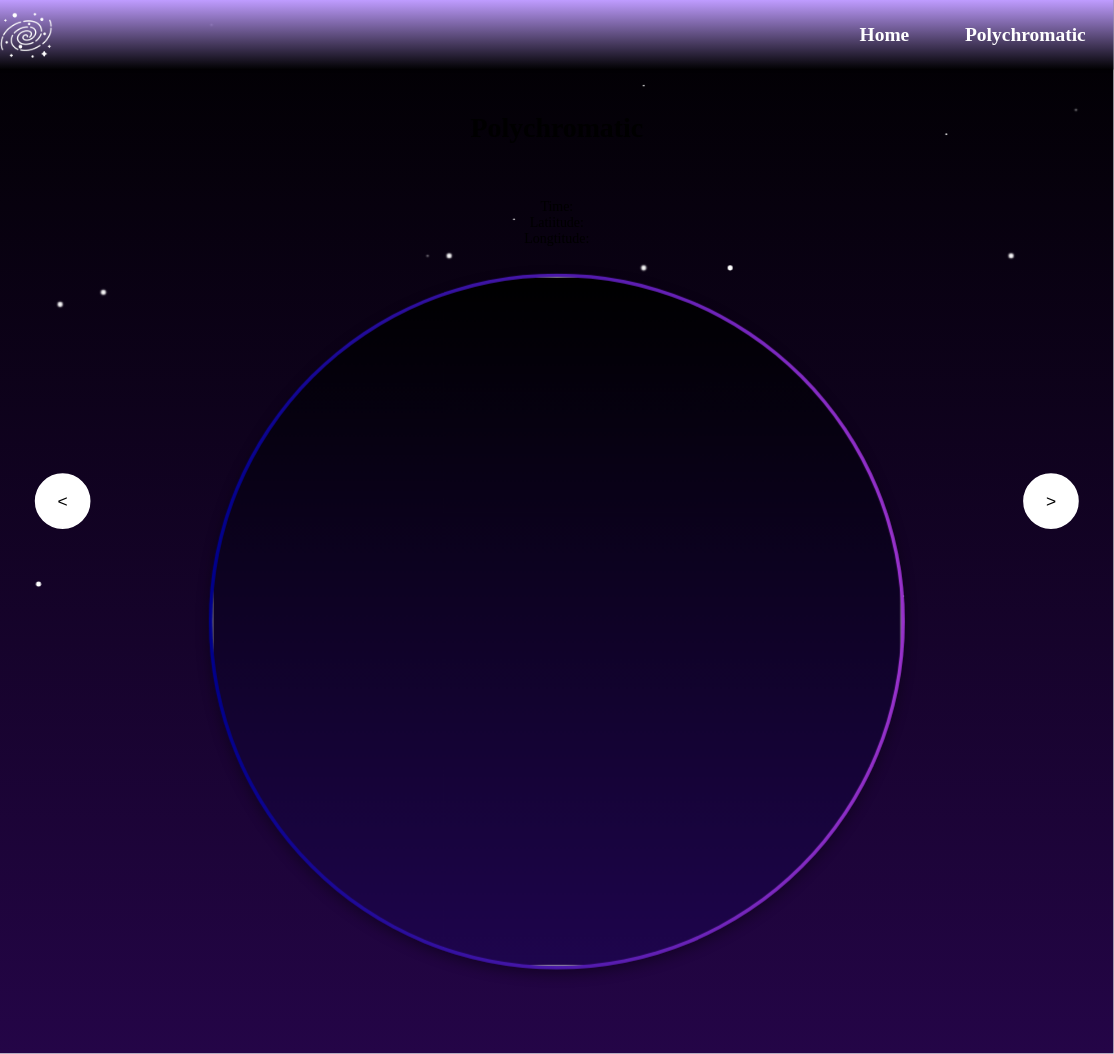
Repository: KayceeNguyen/DAI_W07_NASA
Page: /polychromatic
These files come from the project's save history. The page is drawn as it stood at one moment and after the next save; the edit follows.
The browser window is 1280 px wide. The pictures show the whole page, at 87% of full size.
The page's requests for data from a server got no answer. The project was rebuilt for these pictures with package versions that can differ from the ones it lists, and the page was loaded fresh each time. The framework's server and built-in components were replaced by stand-ins that run in the browser. No one was signed in, and anything a server would have sent is missing. Also part of the build but not shown: next.config.js.

Above is the page before, as saved 2023-02-17 01:47:05.

### pages/polychromatic.js
import { useEffect, useState } from "react"
import axios from "axios";
import Image from "next/image";
import styles from '@/styles/Home.module.css'
import HeaderBar from '@/comps/header'
import Galaxy from '@/comps/galaxy'
import Head from 'next/head'

export default function Polychromatic() {

    const [image, setImage] = useState([]);
    const [images, setImages] = useState([]);
    const [time, setTime] = useState([]);
    const [date, setDate] = useState('');
    const [coords, setCoords] = useState({})

    const [active, setActive] = useState(false);

    const [currentIndex, setCurrentIndex] = useState(0);

    const apiKey = "qO706hvtrjKPLwTwuCZ9XYxHnUPvhtQHSM6Ncmu8";
    const url = `https://epic.gsfc.nasa.gov/api/natural?api_key=${apiKey}`

    const getPolychromaticData = async () => {
        const res = await axios.get(url);
        const data = await res.data;
        console.log(data)

        const caption = data[currentIndex].caption;
        const date = data[currentIndex].date.split(" ")[0];


        const date_formatted = date.replaceAll("-","/")
        console.log(date_formatted);

        let times = [];
        let images = [];

    for (let i = 0; i < data.length; i++) {
    let time = data[i].date.split(" ")[1];
    let coords = data[i].centroid_coordinates;
    let imagePath = data[i].image;
    let image = `https://epic.gsfc.nasa.gov/archive/natural/${date_formatted}/png/${imagePath}.png`;

    times.push(time);

    images.push({
        image: image,
        time: time,
        coords: coords,
        caption: caption
    });
}

    setImages(images);
    setTime(times[0]);
    setCoords([images[0].coords.lat, images[0].coords.lon]);
    setImage(images[currentIndex]);

}

    useEffect(() => {
        getPolychromaticData();
    }, [currentIndex]);

    const nextImage = () => {
        setCurrentIndex((currentIndex + 1) % images.length);
    };

    const prevImage = () => {
        setCurrentIndex(
          currentIndex === 0 ? images.length - 1 : currentIndex - 1
        );
    };

    const handleImageLoad = () => {
        setActive(true);
      }

    return(
        <>

        <Head>
          <title>NASA TechPort & EPIC API</title>
          <meta name="description" content="The website showcases NASA's technologies using the TechPort and PIC API and offers daily full disc imagery of the Earth and unique astronomical events. Users can discover the technologies NASA is developing in propulsion, nanotechnology, robotics, and human health while enjoying stunning images of the universe." />
          <meta name="viewport" content="width=device-width, initial-scale=1" />
          <link rel="icon" href="/galaxy.png" />
        </Head>

            <HeaderBar />

            <Galaxy />



            <main className={styles.main}>
                <h1>Polychromatic</h1>

                    <div className={styles.arrowContainer}>
                        <button className={styles.arrow} onClick={prevImage}>
                            &lt;
                        </button>
                        <button className={styles.arrow} onClick={nextImage}>
                            &gt;
                        </button>
                    </div>
                    <div className={styles.bigEarthContainer}>
                        <div className={styles.bigEarthText}>
                            <div>Time: {image.time}</div>
                            <div>Latiitude: {coords[0]}</div>
                            <div>Longtitude: {coords[1]}</div>
                        </div>

                        <Image
                            src={image.image}
                            alt={image.caption}
                            width={800}
                            height={800}
                            className={`${styles.earthImage} ${active ? styles.active : ''}`}
                            onLoad={handleImageLoad}

                        />

                        {/* <div onClick={nextImage} className={styles.arrow}>
                            {">"}
                        </div> */}
                    </div>






                {/* <table>
                    <thead>
                        <tr>
                            <th>Time</th>
                            <th>Latitude</th>
                            <th>Longtitude</th>
                            <th>Image</th>
                            <th></th>
                        </tr>
                    </thead>

                    <tbody>
                        {
                            images.map((e, i) => {
                                return (
                                    <tr key={i}>
                                        <td>{e.time}</td>
                                        <td>{e.coords.lat}</td>
                                        <td>{e.coords.lon}</td>
                                        <td>
                                            <Image
                                                src={e.image}
                                                alt={i}
                                                width={200}
                                                height={200}
                                            />
                                        </td>

                                        <td>
                                            <button onClick={() => {
                                                setImage(e.image)
                                                setTime(e.time)
                                                setCoords([e.coords.lat, e.coords.lon])
                                                console.log(image[i].image)
                                                document.body.scrollIntoView();

                                            }}>View</button>
                                        </td>
                                    </tr>
                                )
                            })
                        }
                    </tbody>
                </table> */}
            </main>
        </>
    )
}

### styles/Home.module.css
.main {
  display: flex;
  flex-direction: column;
  justify-content: space-between;
  align-items: center;
  padding: 6rem;
  min-height: 100vh;
  background: linear-gradient(180deg, rgb(0, 0, 0) 0%, rgb(36, 5, 71) 100%);
  animation: Gradient 10s ease infinite; /* Animate the gradient */
  -webkit-animation: Gradient 8s ease infinite;
	-moz-animation: Gradient 8s ease infinite;
}

@-webkit-keyframes Gradient {
  0%{background-position:0% 50%}
  50%{background-position:100% 50%}
  100%{background-position:0% 50%}
}
@-moz-keyframes Gradient {
  0%{background-position:0% 50%}
  50%{background-position:100% 50%}
  100%{background-position:0% 50%}
}
@keyframes Gradient {
  0%{background-position:0% 50%}
  50%{background-position:100% 50%}
  100%{background-position:0% 50%}
}

.description {
  display: inherit;
  justify-content: inherit;
  align-items: inherit;
  font-size: 0.85rem;
  max-width: var(--max-width);
  width: 100%;
  z-index: 2;
  font-family: var(--font-mono);
}

.description a {
  display: flex;
  justify-content: center;
  align-items: center;
  gap: 0.5rem;
}

.description p {
  position: relative;
  margin: 0;
  padding: 1rem;
  background-color: rgba(var(--callout-rgb), 0.5);
  border: 1px solid rgba(var(--callout-border-rgb), 0.3);
  border-radius: var(--border-radius);
}

.code {
  font-weight: 700;
  font-family: var(--font-mono);
}

.grid {
  display: grid;
  grid-template-columns: repeat(4, minmax(25%, auto));
  width: var(--max-width);
  max-width: 100%;
}

.card {
  padding: 1rem 1.2rem;
  border-radius: var(--border-radius);
  background: rgba(var(--card-rgb), 0);
  border: 1px solid rgba(var(--card-border-rgb), 0);
  transition: background 200ms, border 200ms;
}

.card span {
  display: inline-block;
  transition: transform 200ms;
}

.card h2 {
  font-weight: 600;
  margin-bottom: 0.7rem;
}

.card p {
  margin: 0;
  opacity: 0.6;
  font-size: 0.9rem;
  line-height: 1.5;
  max-width: 30ch;
}

.center {
  display: flex;
  justify-content: center;
  align-items: center;
  position: relative;
  padding: 4rem 0;
}

.center::before {
  background: var(--secondary-glow);
  border-radius: 50%;
  width: 480px;
  height: 360px;
  margin-left: -400px;
}

.center::after {
  background: var(--primary-glow);
  width: 240px;
  height: 180px;
  z-index: -1;
}

.center::before,
.center::after {
  content: '';
  left: 50%;
  position: absolute;
  filter: blur(45px);
  transform: translateZ(0);
}

.logo,
.thirteen {
  position: relative;
}

.thirteen {
  display: flex;
  justify-content: center;
  align-items: center;
  width: 75px;
  height: 75px;
  padding: 25px 10px;
  margin-left: 16px;
  transform: translateZ(0);
  border-radius: var(--border-radius);
  overflow: hidden;
  box-shadow: 0px 2px 8px -1px #0000001a;
}

.thirteen::before,
.thirteen::after {
  content: '';
  position: absolute;
  z-index: -1;
}

/* Conic Gradient Animation */
.thirteen::before {
  animation: 6s rotate linear infinite;
  width: 200%;
  height: 200%;
  background: var(--tile-border);
}

/* Inner Square */
.thirteen::after {
  inset: 0;
  padding: 1px;
  border-radius: var(--border-radius);
  background: linear-gradient(
    to bottom right,
    rgba(var(--tile-start-rgb), 1),
    rgba(var(--tile-end-rgb), 1)
  );
  background-clip: content-box;
}

/* Enable hover only on non-touch devices */
@media (hover: hover) and (pointer: fine) {
  .card:hover {
    background: rgba(var(--card-rgb), 0.1);
    border: 1px solid rgba(var(--card-border-rgb), 0.15);
  }

  .card:hover span {
    transform: translateX(4px);
  }
}

@media (prefers-reduced-motion) {
  .thirteen::before {
    animation: none;
  }

  .card:hover span {
    transform: none;
  }
}

/* Mobile */
@media (max-width: 700px) {
  .content {
    padding: 4rem;
  }

  .grid {
    grid-template-columns: 1fr;
    margin-bottom: 120px;
    max-width: 320px;
    text-align: center;
  }

  .card {
    padding: 1rem 2.5rem;
  }

  .card h2 {
    margin-bottom: 0.5rem;
  }

  .center {
    padding: 8rem 0 6rem;
  }

  .center::before {
    transform: none;
    height: 300px;
  }

  .description {
    font-size: 0.8rem;
  }

  .description a {
    padding: 1rem;
  }

  .description p,
  .description div {
    display: flex;
    justify-content: center;
    position: fixed;
    width: 100%;
  }

  .description p {
    align-items: center;
    inset: 0 0 auto;
    padding: 2rem 1rem 1.4rem;
    border-radius: 0;
    border: none;
    border-bottom: 1px solid rgba(var(--callout-border-rgb), 0.25);
    background: linear-gradient(
      to bottom,
      rgba(var(--background-start-rgb), 1),
      rgba(var(--callout-rgb), 0.5)
    );
    background-clip: padding-box;
    backdrop-filter: blur(24px);
  }

  .description div {
    align-items: flex-end;
    pointer-events: none;
    inset: auto 0 0;
    padding: 2rem;
    height: 200px;
    background: linear-gradient(
      to bottom,
      transparent 0%,
      rgb(var(--background-end-rgb)) 40%
    );
    z-index: 1;
  }
}

/* Tablet and Smaller Desktop */
@media (min-width: 701px) and (max-width: 1120px) {
  .grid {
    grid-template-columns: repeat(2, 50%);
  }
}

@media (prefers-color-scheme: dark) {
  .vercelLogo {
    filter: invert(1);
  }

  .logo,
  .thirteen img {
    filter: invert(1) drop-shadow(0 0 0.3rem #ffffff70);
  }
}

@keyframes rotate {
  from {
    transform: rotate(360deg);
  }
  to {
    transform: rotate(0deg);
  }
}






/**************** HEADER STYLING ****************/



.header {
  position: fixed;
  z-index: 1;
  width: 100vw;
  display: flex;
  justify-content: center;
  align-items: center;
  height: 5rem;
  background: linear-gradient(180deg, rgb(191, 156, 255) 0%, rgba(0, 0, 0, 0.5) 100%);
  box-shadow: 0 2px 4px rgba(0, 0, 0, 0.1);
}

.headerIcon {
  filter: brightness(0) invert(1);
}

.nav {
  display: flex;
  justify-content: space-between;
  align-items: center;
  width: 100%;
  max-width: 80rem;
}

.navList {
  display: flex;
  list-style: none;
  margin: 0;
  padding: 0;
}

.navItem {
  margin-right: 2rem;
  margin-left: 2em;
}

/* .navItem > a > div.navLink:active {
  text-decoration: underline;
} */

.navLink {
  font-size: 1.4rem;
  font-weight: 600;
  color: #ffffff;
  text-decoration: none;
  transition: color 0.2s;
}

.navLink:hover {
  color: #fff644;
}




/**************** MAIN STYLING ****************/




.main {
  display: flex;
  flex-direction: column;
  justify-content: center;
  align-items: center;
  justify-items: center;
}




.main > h1 {
  padding: 1em 2em 2em 2em;
}

.bigCont {
  text-align: center;
}


/**************** CAROUSEL STYLING ****************/


.carousel {
  display: flex;
  justify-content: center;
  align-items: center;
  width: 100%;
  max-width: 800px;
  margin: 0 auto;
}

.carouselArrow {
  font-size: 2rem;
  color: rgb(255, 255, 255);
  cursor: pointer;
  background-color:transparent;
  border: 2px solid rgb(255, 255, 255, 1);
  width: 50px;
  height: 50px;
  border-radius: 50%;
  display: inline-flex;
  align-items: center;
  justify-content: center;
}

.carouselArrow:hover {
  color: rgb(31, 0, 54);
  box-shadow: 0 4px 6px rgba(255, 255, 255, 0.6);
  background-color:rgba(255, 255, 255, 0.8) ;
  transition: all 0.2s ease;
}

.carouselArrow:hover:after {
  left: 0;
  width: 100%;
}

.carouselArrow:active {
  top: 20px;
}

.carouselImageContainer {
  margin: 0 2rem;
  width: 400px;
  height: 400px;
  position: relative;
}

.carouselImageContainer img {
  position: absolute;
  top: 0;
  left: 0;
  width: 100%;
  height: 100%;
  object-fit: contain;
}

.imageCont {
  position: absolute;
  top: 0;
  opacity: 0.4;
  width: 100%;
  height: 100%;
  transition: opacity 1.5s ease;
}

.imageCont.active {
  opacity: 1;
}


/* @keyframes slide {
  100% { left: 0; }
}

@keyframes slide-in {
  100% { transform: translateX(0%); }
}

@-webkit-keyframes slide-in {
  100% { -webkit-transform: translateX(0%); }
}

@keyframes slide-out {
  0% { transform: translateX(0%); }
  100% { transform: translateX(-100%); }
}

@-webkit-keyframes slide-out {
  0% { -webkit-transform: translateX(0%); }
  100% { -webkit-transform: translateX(-100%); }
} */


/**************** GALAXY BG STYLING ****************/




.galaxyCont {
  width: 100vw;
  height: 100%;
  display: flex;
  justify-content: center;
  align-items: center;
}


.galaxy {

  position: fixed;
  height: 1px;
  width: 1px;
  background-color: #fff;
  border-radius: 50%;
  box-shadow: -42vw -4vh 0px 0px #fff,25vw -41vh 0px 0px #fff,-20vw 49vh 0px 1px #fff,5vw 40vh 1px 1px #fff,29vw 19vh 1px 0px #fff,-44vw -13vh 0px 0px #fff,46vw 41vh 0px 1px #fff,-3vw -45vh 0px 1px #fff,47vw 35vh 1px 0px #fff,12vw -8vh 1px 0px #fff,-34vw 48vh 1px 1px #fff,32vw 26vh 1px 1px #fff,32vw -41vh 1px 1px #fff,0vw 37vh 1px 1px #fff,34vw -26vh 1px 0px #fff,-14vw -49vh 1px 0px #fff,-12vw 45vh 0px 1px #fff,-44vw -33vh 0px 1px #fff,-13vw 41vh 0px 0px #fff,-36vw -11vh 0px 1px #fff,-23vw -24vh 1px 0px #fff,-38vw -27vh 0px 1px #fff,16vw -19vh 0px 0px #fff,28vw 33vh 1px 0px #fff,-49vw -4vh 0px 0px #fff,16vw 32vh 0px 1px #fff,36vw -18vh 1px 0px #fff,-25vw -30vh 1px 0px #fff,-23vw 24vh 0px 1px #fff,-2vw -35vh 1px 1px #fff,-25vw 9vh 0px 0px #fff,-15vw -34vh 0px 0px #fff,-8vw -19vh 1px 0px #fff,-20vw -20vh 1px 1px #fff,42vw 50vh 0px 1px #fff,-32vw 10vh 1px 0px #fff,-23vw -17vh 0px 0px #fff,44vw 15vh 1px 0px #fff,-40vw 33vh 1px 1px #fff,-43vw 8vh 0px 0px #fff,-48vw -15vh 1px 1px #fff,-24vw 17vh 0px 0px #fff,-31vw 50vh 1px 0px #fff,36vw -38vh 0px 1px #fff,-7vw 48vh 0px 0px #fff,15vw -32vh 0px 0px #fff,29vw -41vh 0px 0px #fff,2vw 37vh 1px 0px #fff,7vw -40vh 1px 1px #fff,15vw 18vh 0px 0px #fff,25vw -13vh 1px 1px #fff,-46vw -12vh 1px 1px #fff,-18vw 22vh 0px 0px #fff,23vw -9vh 1px 0px #fff,50vw 12vh 0px 1px #fff,45vw 2vh 0px 0px #fff,14vw -48vh 1px 0px #fff,23vw 43vh 0px 1px #fff,-40vw 16vh 1px 1px #fff,20vw -31vh 0px 1px #fff,-17vw 44vh 1px 1px #fff,18vw -45vh 0px 0px #fff,33vw -6vh 0px 0px #fff,0vw 7vh 0px 1px #fff,-10vw -18vh 0px 1px #fff,-19vw 5vh 1px 0px #fff,1vw 42vh 0px 0px #fff,22vw 48vh 0px 1px #fff,39vw -8vh 1px 1px #fff,-6vw -42vh 1px 0px #fff,-47vw 34vh 0px 0px #fff,-46vw 19vh 0px 1px #fff,-12vw -32vh 0px 0px #fff,-45vw -38vh 0px 1px #fff,-28vw 18vh 1px 0px #fff,-38vw -46vh 1px 1px #fff,49vw -6vh 1px 1px #fff,-28vw 18vh 1px 1px #fff,10vw -24vh 0px 1px #fff,-5vw -11vh 1px 1px #fff,33vw -8vh 1px 0px #fff,-16vw 17vh 0px 0px #fff,18vw 27vh 0px 1px #fff,-8vw -10vh 1px 1px #fff;

/* stars were too big with the layers above but left the code in case no one cares  -- as in, if noone's just that  one other loner who actually cares    */

  box-shadow: 24vw 9vh 1px 0px #fff,12vw -24vh 0px 1px #fff,-45vw -22vh 0px 0px #fff,-37vw -40vh 0px 1px #fff,29vw 19vh 0px 1px #fff,4vw -8vh 0px 1px #fff,-5vw 21vh 1px 1px #fff,-27vw 26vh 1px 1px #fff,-47vw -3vh 1px 1px #fff,-28vw -30vh 0px 1px #fff,-43vw -27vh 0px 1px #fff,4vw 22vh 1px 1px #fff,36vw 23vh 0px 0px #fff,-21vw 24vh 1px 1px #fff,-16vw 2vh 1px 0px #fff,-16vw -6vh 0px 0px #fff,5vw 26vh 0px 0px #fff,-34vw 41vh 0px 0px #fff,1vw 42vh 1px 1px #fff,11vw -13vh 1px 1px #fff,48vw -8vh 1px 0px #fff,22vw -15vh 0px 0px #fff,45vw 49vh 0px 0px #fff,43vw -27vh 1px 1px #fff,20vw -2vh 0px 0px #fff,8vw 22vh 0px 1px #fff,39vw 48vh 1px 1px #fff,-21vw -11vh 0px 1px #fff,-40vw 45vh 0px 1px #fff,11vw -30vh 1px 0px #fff,26vw 30vh 1px 0px #fff,45vw -29vh 0px 1px #fff,-2vw 18vh 0px 0px #fff,-29vw -45vh 1px 0px #fff,-7vw -27vh 1px 1px #fff,42vw 24vh 0px 0px #fff,45vw -48vh 1px 0px #fff,-36vw -18vh 0px 0px #fff,-44vw 13vh 0px 1px #fff,36vw 16vh 0px 1px #fff,40vw 24vh 0px 0px #fff,18vw 11vh 0px 0px #fff,-15vw -23vh 1px 0px #fff,-24vw 48vh 0px 1px #fff,27vw -45vh 1px 0px #fff,-2vw -24vh 0px 1px #fff,-15vw -28vh 0px 0px #fff,-43vw 13vh 1px 0px #fff,7vw 27vh 1px 0px #fff,47vw 5vh 0px 0px #fff,-45vw 15vh 1px 1px #fff,-5vw -28vh 0px 1px #fff,38vw 25vh 1px 1px #fff,-39vw -1vh 1px 0px #fff,5vw 0vh 1px 0px #fff,49vw 13vh 0px 0px #fff,48vw 10vh 0px 1px #fff,19vw -28vh 0px 0px #fff,4vw 7vh 0px 0px #fff,21vw 21vh 1px 1px #fff,-15vw -15vh 0px 1px #fff,-6vw -42vh 1px 0px #fff,-15vw 48vh 1px 1px #fff,-23vw 25vh 1px 1px #fff,-48vw 25vh 0px 1px #fff,-31vw -19vh 0px 1px #fff,4vw 37vh 1px 1px #fff,-43vw 28vh 0px 0px #fff,3vw -25vh 0px 1px #fff,-39vw 14vh 0px 1px #fff,-40vw 31vh 0px 1px #fff,35vw -36vh 1px 1px #fff,16vw 49vh 0px 0px #fff,6vw 39vh 0px 0px #fff,3vw -35vh 0px 1px #fff,-44vw -2vh 1px 0px #fff,-6vw 21vh 1px 0px #fff,48vw 9vh 1px 1px #fff,-43vw 30vh 1px 1px #fff,29vw -12vh 1px 1px #fff,-48vw 13vh 1px 0px #fff,-42vw 32vh 1px 1px #fff,34vw 15vh 1px 1px #fff,29vw -37vh 1px 1px #fff,28vw 2vh 0px 0px #fff;
  animation: zoom 8s alternate infinite, blink-animation 2s steps(5, start) infinite;
}

@keyframes zoom {
    0%{
        transform: scale(1);
    }
    100%{
        transform: scale(2);
    }
}

@keyframes blink-animation {
  to {
    visibility: hidden;
  }
}
@-webkit-keyframes blink-animation {
  to {
    visibility: hidden;
  }
}




/**************** GALAXY BG STYLING ****************/


.bigEarthText {
  display: flex;
  flex-direction: column;
  align-items: center;
}









/* styles for the spinning animation */
@keyframes spin {
  from {
    transform: rotateY(0deg);
    opacity: 1;
  }
  to {
    transform: rotateY(360deg);
    opacity: 1;
  }
}


/* styles for the main section with the big Earth image */


.bigEarthContainer {
  display: flex;
  flex-direction: column;
  align-items: center;
  justify-content: center;
  position: relative;
}

/* styles for the previous/next arrow buttons */
.arrowContainer {
  position: fixed;
  top: 80vh;
  transform: translateY(-50%);
  display: flex;
  justify-content: space-between;
  width: 100%;
  box-sizing: border-box;
  cursor: pointer;
  z-index: 1;
  align-items: center;
}

button.arrow {

  font-size: 20px;
  width: 4rem;
  height: 4rem;
  background-color:rgb(255, 255, 255, 1);
  color:#000000;
  border-radius:50%;
  margin: 2em;
  border:2px solid #ffffff;

  visibility: visible;
}

.arrow:hover {
  transform:scale(1.05);
  background-color:transparent;
  color:#ffffff;
  border:2px solid #ffffff;
}



.earthImage {
  width: 800px;
  height: 800px;
  object-fit: cover;

  /* opacity: 0.4; */
  /* animation: spin 10s ease-in-out; */
  /* opacity: 0; */

  border-radius: 50%;
  background: linear-gradient(rgb(0, 0, 0), rgb(30, 5, 77)) padding-box,
              linear-gradient(to right, darkblue, darkorchid) border-box;
  border: 4px solid transparent;
  /* transition: opacity 4s ease; */

  animation: float 6s ease-in-out infinite;
}

@keyframes float {
	0% {
		box-shadow: 0 5px 15px 0px rgba(0,0,0,0.4);
		transform: translatey(0px);
	}
  50% {
		box-shadow: 0 25px 15px 0px rgba(0,0,0,0.1);
		transform: translatey(-20px);
	}
  100% {
		box-shadow: 0 5px 15px 0px rgba(0,0,0,0.4);
		transform: translatey(0px);
	}
}

/* styles for the image that shows the Earth */
.earthImage.active {
    opacity: 1;
}


/* @keyframes opacity {
  from {
    opacity: 0.5;
  }
  to {
    opacity: 1;
  }
} */

.bigEarthText {
  padding-bottom: 2em;
}

### comps/header.js
import Link from 'next/link';
import styles from '@/styles/Home.module.css';

const HeaderBar = () => {
  return (
    <header className={styles.header}>
      <nav className={styles.nav}>
      <img
        className={styles.headerIcon}
        src="/galaxy-header.png"
        width="60px"
        onClick={
            ()=>r.push("/")}
        />
        <ul className={styles.navList}>
          <li className={styles.navItem}>
            <a href="/">
              <div className={styles.navLink}>Home</div>
            </a>
          </li>
          <li className={styles.navItem}>
            <a href="/polychromatic">
              <div className={styles.navLink}>Polychromatic</div>
            </a>
          </li>
        </ul>
      </nav>
    </header>
  );
};

export default HeaderBar;

### comps/galaxy.js
import styles from '@/styles/Home.module.css'

export default function Galaxy() {
    return (
        <div className={styles.galaxyCont}>
            <div className={styles.galaxy}></div>
        </div>
    )
}

Loaded but not shown: pages/_app.js (common file); pages/_document.js (common file); styles/globals.css (common file)

After the next save:
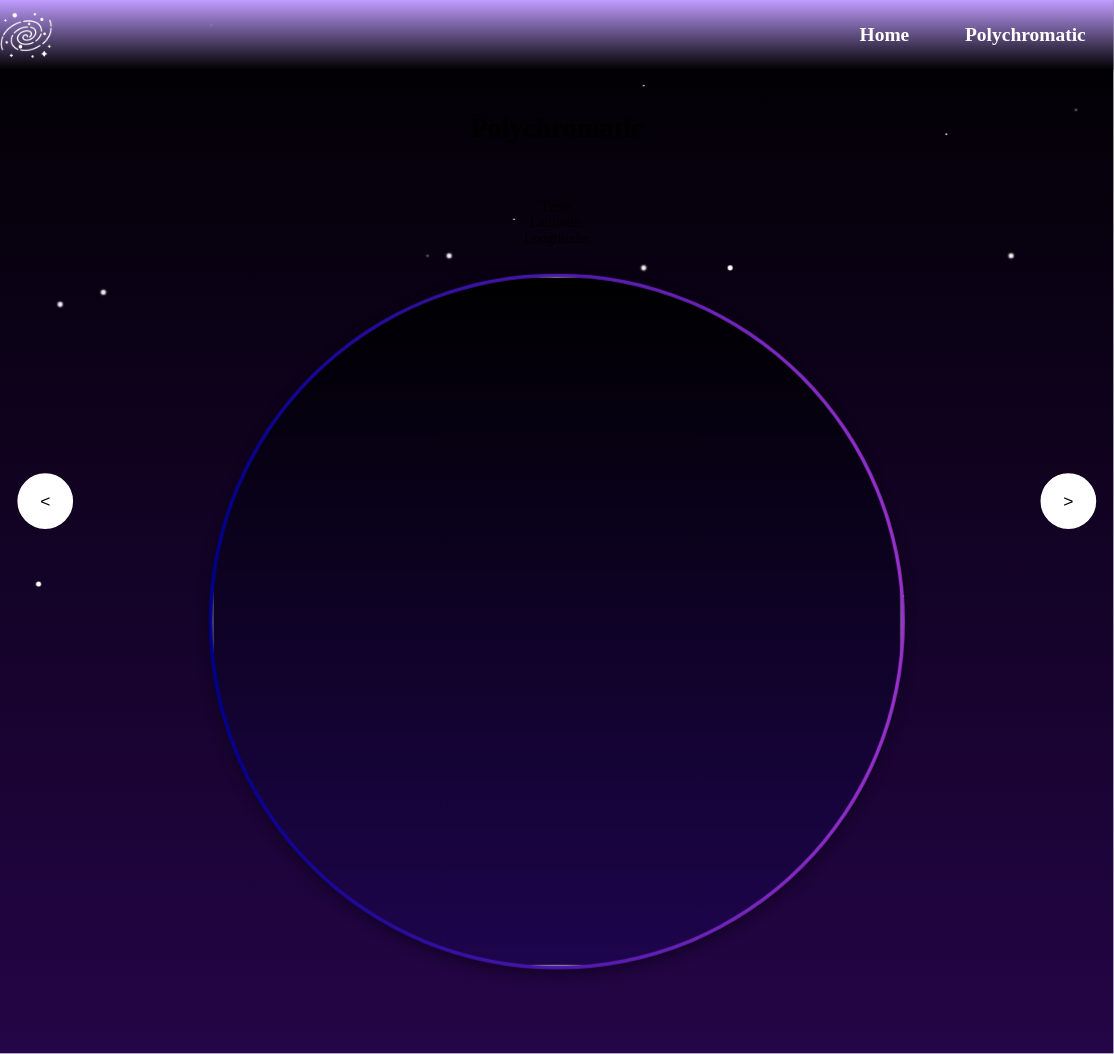
Saved 17 s later.
--- a/styles/Home.module.css
+++ b/styles/Home.module.css
@@ -596,7 +596,7 @@ button.arrow {
   background-color:rgb(255, 255, 255, 1);
   color:#000000;
   border-radius:50%;
-  margin: 2em;
+  margin: 1em;
   border:2px solid #ffffff;
 
   visibility: visible;
